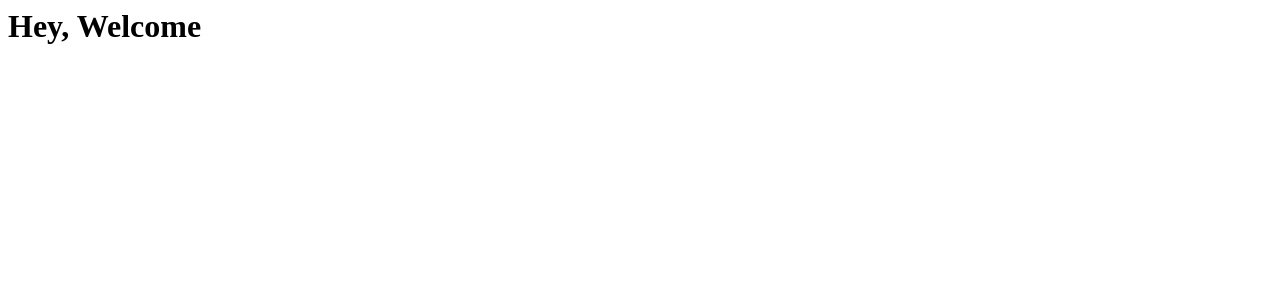
Repository: collyrium921/myproject
Page: http://localhost/
The author's editor kept a copy of each file at every save. The page is drawn from the files as they stood at one save, then again after the next save.
The browser window is 1280 px wide. The pictures show the whole page.
The page is served by the project's application, run on Django 4.2 (manage.py).

Above is the page before, as saved 2022-11-29 22:04:33.

After the next save:
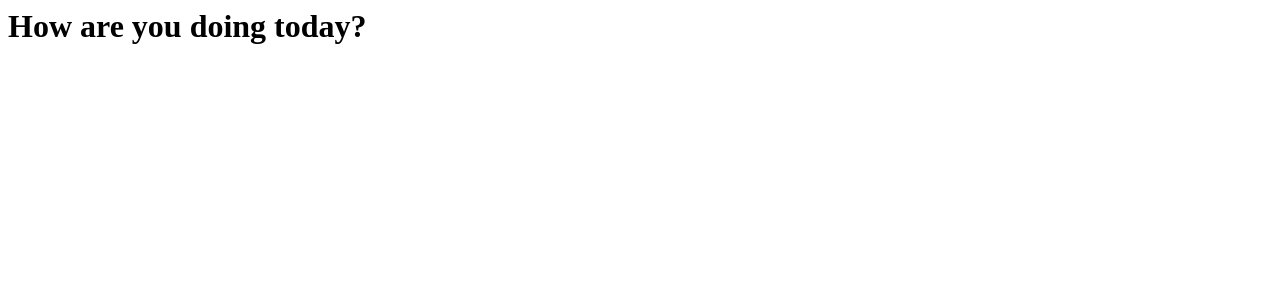
Saved 19 s later.
--- a/myapp/views.py
+++ b/myapp/views.py
@@ -2,4 +2,4 @@
 from django.http import HttpResponse
 # Create your views here.
 def index(request):
-    return HttpResponse('<h1>Hey, Welcome</h1>')
+    return render(request, 'index.html')

After the save that followed:
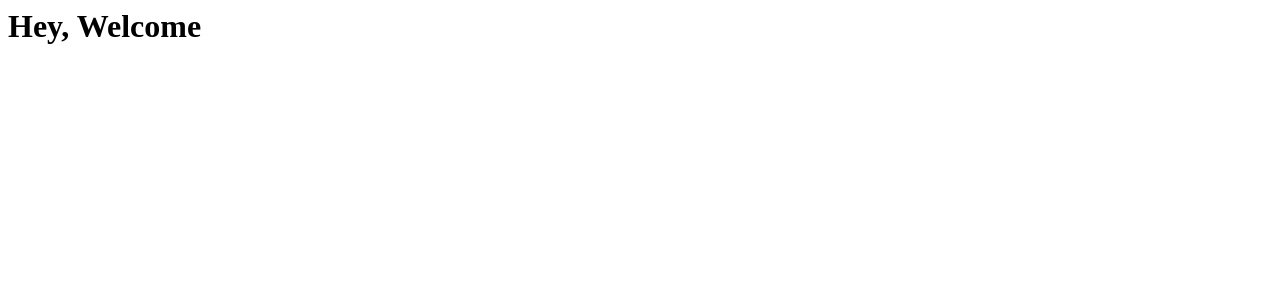
Saved 53 s later.
--- a/myapp/views.py
+++ b/myapp/views.py
@@ -2,4 +2,6 @@
 from django.http import HttpResponse
 # Create your views here.
 def index(request):
+    return HttpResponse('<h1>Hey, Welcome</h1>')
+    # for rendering HTML files
     return render(request, 'index.html')
